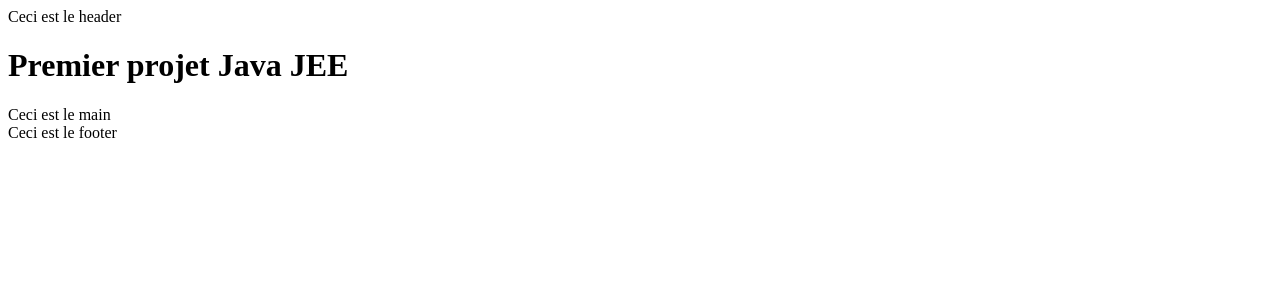
Repository: lemzoo/Formation_JEE
Page: FirstProject/WebContent/monPremierFichier.html
The author's editor kept a copy of each file at every save. The page is drawn from the files as they stood at one save, then again after the next save.
The browser window is 1280 px wide. The pictures show the whole page.

Above is the page before, as saved 2016-06-17 08:42:36.

### FirstProject/WebContent/monPremierFichier.html
<!DOCTYPE html>
<html>
<head>
<meta charset="ISO-8859-1">
<title>Mon premier fichier HTML</title>
</head>
<body>
<header>Ceci est le header</header>
<h1>Premier projet Java JEE</h1>
<main>
	Ceci est le main
</main>
<footer>
Ceci est le footer
</footer>
</body>
</html>

After the next save:
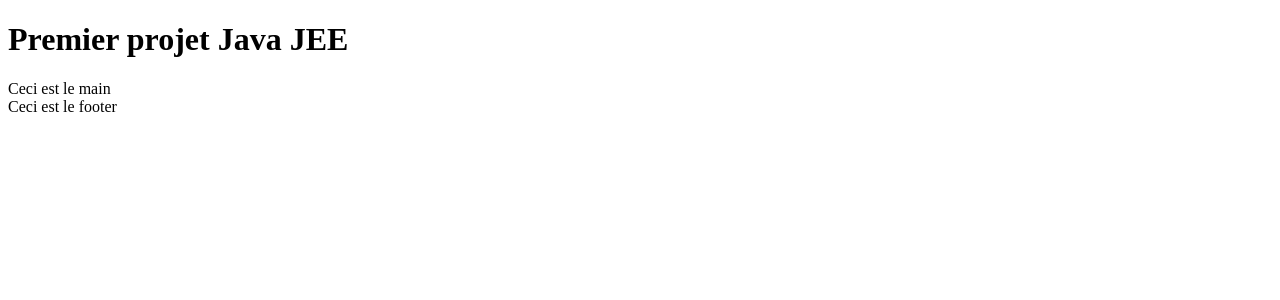
Saved 23 s later.
--- a/FirstProject/WebContent/monPremierFichier.html
+++ b/FirstProject/WebContent/monPremierFichier.html
@@ -5,13 +5,15 @@
 <title>Mon premier fichier HTML</title>
 </head>
 <body>
-<header>Ceci est le header</header>
-<h1>Premier projet Java JEE</h1>
+<header>
+	<h1>Premier projet Java JEE</h1>
+</header>
+
 <main>
 	Ceci est le main
 </main>
 <footer>
-Ceci est le footer
+	Ceci est le footer
 </footer>
 </body>
 </html>
